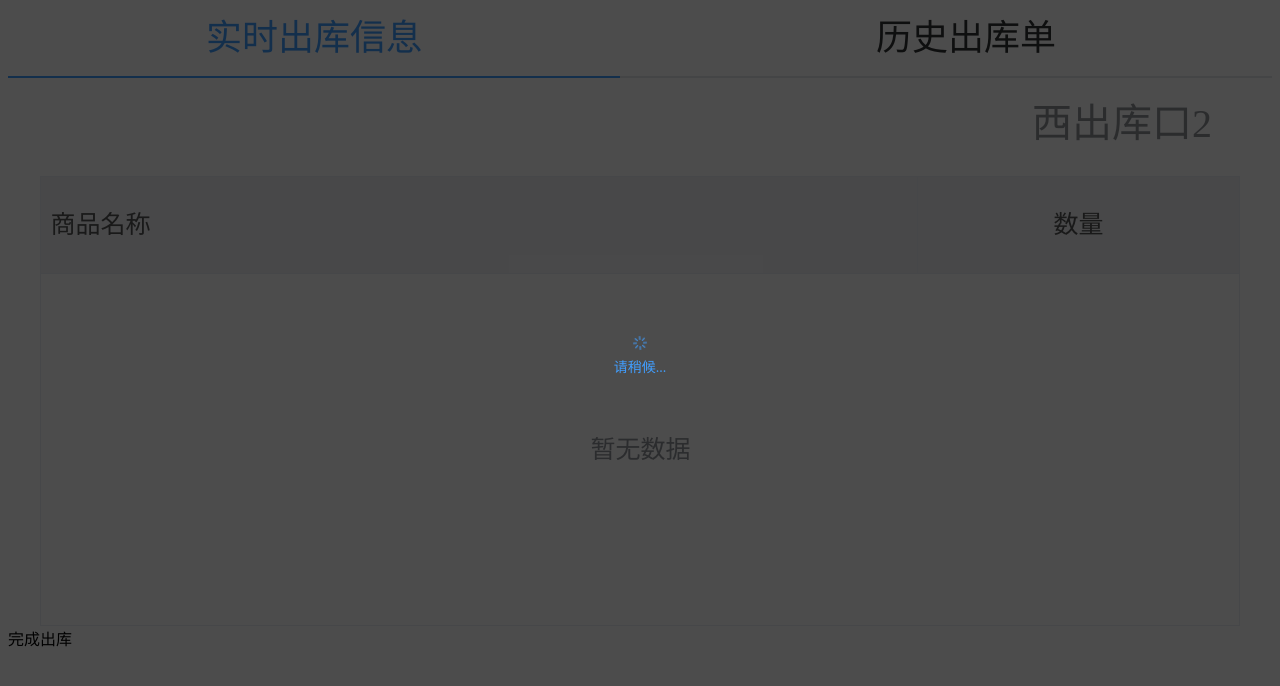
Repository: yaesass/yaesass
Page: /#/InStockDetail (app in scancode/)
These files come from the project's save history. The page is drawn as it stood at one moment and after the next save; the edit follows.
The browser window is 1280 px wide. The pictures show the whole page.
The page's requests for data from a server got no answer. The project was rebuilt for these pictures with package versions that can differ from the ones it lists, and the page was loaded fresh each time. No one was signed in, and anything a server would have sent is missing. Also part of the build but not shown: scancode/vue.config.js.

Above is the page before, as saved 2022-07-01 09:17:25.

### scancode/src/main.js
import Vue from 'vue'
import App from './App.vue'
import router from './router/index.js'

import ElementUI from 'element-ui';
import 'element-ui/lib/theme-chalk/index.css';

import axios from 'axios'
Vue.use(ElementUI);
Vue.config.productionTip = false
Vue.prototype.$axios = axios
new Vue({
  el: '#app',
  axios,
  router,
  render: h => h(App)
}).$mount('#app')

### scancode/src/App.vue
<template>
  <div id="app">
    <!-- Name {{ Name }} token {{ token }} Type {{ Type }} Remarks {{ Remarks }} -->
    <router-view></router-view>
  </div>
</template>
<script>
export default {
  name: "App",
  data() {
    return {
      // show: "",
      // activeName: "待生产订单",
      // list: [],
      // listLoading: true,
      // queryForm: {
      //   CurrentPage: 1,
      //   PageSize: 999999,
      // },
      // intervalId: null,
      // messageObj: "",
    };
  },
  created() {
    //获取winform数据
    let Name, token, Type, Remarks;
    // Name = this.getQueryString("Name");
    // token = "Bearer" + " " + this.getQueryString("token");
    // Type = this.getQueryString("DeliveryType");
    // Remarks = this.getQueryString("Remarks");
    token =
      "Bearer admin-accessToken-eyJ0eXAiOiJKV1QiLCJhbGciOiJIUzI1NiJ9.eyJpZCI6IkVBNDY5MDAwLUEwRTMtNDM2NS04OEU1LTYzNTk4MUQxNzM2NSIsIm5hbWUiOiLmiavnoIEifQ.ysDSnXIKlGLatjoH2wUIq0r65R8tv9DP_CH0vsOTbN0";
    Name = "out2";
    Type = "out";
    Remarks = "西出库口2";
    if (Type == "in") {
      this.$router.push({
        name: "InStock",
        params: { Name, token, Type, Remarks },
      });
    } else {
      this.$router.push({
        name: "OutStock",
        params: { Name, token, Type, Remarks },
      });
    }
  },
  beforeDestroy() {
    // this.isDestroyed = true;
    // this.ws.close("测试");
  },
  methods: {
    //接收winform数据
    getQueryString(name) {
      var reg = new RegExp("(^|&)" + name + "=([^&]*)(&|$)");
      var r = window.location.search.substr(1).match(reg);
      if (r != null) return decodeURI(r[2]);
      return null;
    },
  },
};
</script>

### scancode/src/router/index.js
import Vue from 'vue'
import VueRouter from 'vue-router'
// import HomeView from '../views/mainPage/mainPage.vue'

Vue.use(VueRouter)

const routes = [
  {
    path: '/',
    name: 'home',
  },
  {
    path: '/InStock',
    name: 'InStock',
    // route level code-splitting
    // this generates a separate chunk (about.[hash].js) for this route
    // which is lazy-loaded when the route is visited.
    component: () => import(/* webpackChunkName: "about" */ '../views/InStock.vue')
  }, {
    path: '/InStockDetail',
    name: 'InStockDetail',
    // route level code-splitting
    // this generates a separate chunk (about.[hash].js) for this route
    // which is lazy-loaded when the route is visited.
    component: () => import(/* webpackChunkName: "about" */ '../views/InStockDetail.vue')
  }, {
    path: '/OutStock',
    name: 'OutStock',
    // route level code-splitting
    // this generates a separate chunk (about.[hash].js) for this route
    // which is lazy-loaded when the route is visited.
    component: () => import(/* webpackChunkName: "about" */ '../views/OutStock.vue')
  }
]



const router = new VueRouter({
  routes
})

export default router

### scancode/src/views/InStockDetail.vue
<template>
  <div>
    <div class="orderName">{{ orderName }}</div>
    <el-table
      :data="list"
      border
      :header-cell-style="{
        background: '#F3F4F7',
        color: '#555',
        height: '97px',
      }"
      :cell-style="{ padding: '0px' }"
      :row-style="{ height: '97px' }"
      style="font-size: 50px; width: 910px; margin: 0 auto"
      ref="table"
      height="450"
    >
      <el-table-column label="商品名称" style="heihgt: 97px">
        <template slot-scope="scope">
          <span v-html="scope.row.name"></span>
        </template>
      </el-table-column>
      <el-table-column align="center" label="数量" width="323">
        <template slot-scope="scope">
          <div style="color: red">{{ scope.row.num }}</div>
        </template>
      </el-table-column>
    </el-table>
    <div
      style="display: flex; justify-content: space-between; margin: 50px 100px"
    >
      <div v-if="list == ''" class="inzeroa" @click="EditCloseOrderState()">
        <div class="btntxt">取消入库</div>
      </div>
      <div v-else class="inzeroa" @click="DelCodeOrder()">
        <div class="btntxt">回滚订单</div>
      </div>
      <div class="inzero" @click="finish()">
        <div class="btntxt">完成入库</div>
      </div>
    </div>
  </div>
</template>

<script>
export default {
  name: "InStock",
  data() {
    return {
      token: "",
      Name: "",
      Type: "",
      Remarks: "",
      orderName: "",
      list: [], //列表数据
      errMessage: "", //网络异常提示
      ws: "", //websocket
    };
  },
  created() {
    this.token = this.$route.params.token;
    this.Name = this.$route.params.Name;
    this.Type = this.$route.params.Type;
    this.Remarks = this.$route.params.Remarks;

    this.GetScanningOrder();

    // console.log("扫码页", this.$route.params);
  },
  mounted() {},

  destroyed() {
    // 页面销毁
  },
  methods: {
    //查询有没有正在扫码的订单
    GetScanningOrder(e) {
      let that = this;
      that.list = [];
      that.$axios
        .post(
          "https://www.moondeity.com:8308/api/Areas/OrderInfo/GetScanningOrder",
          {
            Type: that.Name,
          },
          {
            headers: {
              Authorization: that.token,
            },
          }
        )
        .then(function (response) {
          let reqdata = response.data.data;
          // console.log("查询入库订单状态", reqdata.dt);
          if (that.ws != "") {
            that.ws.onclose = function () {
              console.log("主动关闭websocket");
            };
            that.ws.close();
          }
          if (reqdata.dt != "") {
            if (reqdata.dt[0].RealQuantity > 0) {
              //显示已扫描数据
              let num = reqdata.dt[0].RealQuantity;
              let name = reqdata.dt[0].Remarks.split(">")[1].split("第")[0]; //截取remarks获得产品名
              that.list.push({
                id: reqdata.dt[0].ProductId,
                name,
                num,
              });
              console.log("表格list", that.list);
            }
            that.Id = reqdata.dt[0].Id;
            that.orderName = reqdata.dt[0].Remarks.replace("<br/>", "");
            that.start();
          } else {
            let { Name, token, Type, Remarks } = that;
            that.$router.push({
              name: "InStock",
              params: { Name, token, Type, Remarks },
            });
          }
        })
        .catch(function (error) {
          console.log("查询入库订单状态error", error);
          if (that.errMessage == "") {
            if (e == "err") {
              that.$loading().close();
            }
            that.$loading({
              lock: true,
              text: "网络异常，重新连接中",
              spinner: "el-icon-loading",
              background: "rgba(0, 0, 0, 0.7)",
            });
          }

          setTimeout(() => {
            that.GetScanningOrder("err");
          }, 3000);
        });
    },

    //开始websocket
    start() {
      this.$loading({
        lock: true,
        text: "正在与服务器连接...",
        spinner: "el-icon-loading",
        background: "rgba(0, 0, 0, 0.7)",
      });
      let webhttp = "ws://192.168.99.175:8383/" + this.Name;
      var that = this;
      if (window.WebSocket) {
        console.log("  that.ws ", that.ws);

        var wsImpl = window.WebSocket || window.MozWebSocket;
        that.ws = new wsImpl(webhttp);

        that.ws.onmessage = function (e) {
          console.log("Socket消息", e);
          if (e.data != "connect") {
            let temp = JSON.parse(e.data);
            console.log("websocket数据", temp);
            if (temp.code == 201) {
              const h = that.$createElement;
              let tempHtml = h(
                "p",
                {
                  style:
                    " width: 100%; display:flex;align-items: center;justify-content: space-between;",
                },
                [h("span", undefined, temp.msg)]
              );
              that.messageObj = that.$message({
                dangerouslyUseHTMLString: true,
                duration: 2000,
                type: "warning",
                message: tempHtml,
                customClass: "workShop_message",
              });
            }
            if (temp.code == 200) {
              let id = temp.data.Id,
                name = temp.data.Name;
              if (that.list.length == 0) {
                that.list.push({
                  id,
                  name,
                  num: 1,
                });
              } else {
                let key = false,
                  t;
                for (let i in that.list) {
                  if (id == that.list[i].id) {
                    key = true;
                    t = i;
                    that.list[i].num++;
                    break;
                  }
                }
                if (key) {
                  let temp = that.list[t];
                  that.list.splice(t, 1);
                  that.list.push(temp);
                } else {
                  that.list.push({
                    id,
                    name,
                    num: 1,
                  });
                }
              }
              // setTimeout(() => {
              //   that.$refs.table.bodyWrapper.scrollTop =
              //     that.$refs.table.bodyWrapper.scrollHeight;
              // }, 50);
            }
          }
        };
        that.ws.onopen = function () {
          // that.message("连接成功");
          that.$loading().close();

          if (that.errMessage != "") {
            that.errMessage.close();
            that.errMessage = "";
          }
        };
        that.ws.onclose = function (e) {
          console.log("close", e);

          that.reconnect();
        };
        that.ws.error = function () {
          console.log("error");

          that.reconnect();
        };
      }
    },

    reconnect() {
      console.log("reconnect连接断开");

      if (this.errMessage == "") {
        this.$loading().close();
        this.$loading({
          lock: true,
          text: "网络异常，重新连接中...",
          spinner: "el-icon-loading",
          background: "rgba(0, 0, 0, 0.7)",
        });
        const h = this.$createElement;
        let tempHtml = h(
          "p",
          {
            style:
              " width: 100%; display:flex;align-items: center;justify-content: space-between;",
          },
          [h("span", undefined, "网络异常，重新连接中")]
        );
        this.errMessage = this.$message({
          dangerouslyUseHTMLString: true,
          duration: 0,
          type: "error",
          message: tempHtml,
          customClass: "workShop_message",
        });
      }
      var that = this;
      setTimeout(function () {
        that.GetScanningOrder();
      }, 5000);
    },

    //入库订单没有扫码的情况下取消
    EditCloseOrderState() {
      let that = this;
      that
        .$confirm("此操作将取消入库, 是否继续?", "提示", {
          confirmButtonText: "确定",
          cancelButtonText: "取消",
          type: "warning",
        })
        .then(() => {
          that.$axios
            .post(
              "https://www.moondeity.com:8308/api/Areas/OrderInfo/EditCloseOrderState",
              {
                OrderId: that.Id,
              },
              {
                headers: {
                  Authorization: that.token,
                },
              }
            )
            .then(function (response) {
              console.log("入库订单没有扫码的情况下取消", response.data.msg);
              that.message(response.data.msg);
              that.GetScanningOrder();
            })
            .catch(function (error) {
              console.log(error);
            });
        })
        .catch(() => {});
    },

    //入库订单已经扫码的情况下回滚
    DelCodeOrder() {
      let that = this;
      that
        .$confirm("此操作将回滚订单且需重新扫描产品, 是否继续?", "提示", {
          confirmButtonText: "确定",
          cancelButtonText: "取消",
          type: "warning",
        })
        .then(() => {
          that.$axios
            .post(
              "https://www.moondeity.com:8308/api/Areas/OrderInfo/DelCodeOrder",
              {
                Id: that.Id,
              },
              {
                headers: {
                  Authorization: that.token,
                },
              }
            )
            .then(function (response) {
              console.log("入库订单已经扫码的情况下回滚", response.data.msg);
              that.GetScanningOrder();
            })
            .catch(function (error) {
              console.log("入库订单已经扫码的情况下回滚", error);
            });
        })
        .catch(() => {
          // that.message("已取消回滚");
        });
    },

    //完成入库按钮
    finish() {
      let that = this;

      this.$confirm("此操作将上传订单且无法修改, 是否继续?", "提示", {
        confirmButtonText: "确定",
        cancelButtonText: "取消",
        type: "warning",
      })
        .then(() => {
          this.$loading({
            lock: true,
            text: "请稍候...",
            spinner: "el-icon-loading",
            background: "rgba(0, 0, 0, 0.7)",
          });
          that.$axios
            .post(
              "https://www.moondeity.com:8308/api/Areas/OrderInfo/EditOrderState",
              {
                OrderId: that.Id,
                StockType: that.Name,
                StockState: 0,
              },
              {
                headers: {
                  Authorization: that.token,
                },
              }
            )
            .then(function (response) {
              //console.log('EditOrderStateresponse', response.data.msg)
              that.$loading().close();
              that.message(response.data.msg);
              that.GetScanningOrder();
            })
            .catch(function (error) {
              console.log(error);
            });
        })
        .catch(() => {});
    },

    //弹窗提示
    message(msg) {
      //console.log('message')
      if (msg == "success") {
        msg = "成功";
      }
      if (msg == "修改成功") {
        msg = "操作成功";
      }
      const h = this.$createElement;
      let tempHtml = h(
        "p",
        {
          style:
            " width: 100%; display:flex;align-items: center;justify-content: space-between;",
        },
        [h("span", undefined, msg)]
      );
      if (msg.indexOf("成功") != "-1") {
        this.$message({
          dangerouslyUseHTMLString: true,
          duration: 2000,
          type: "success",
          message: tempHtml,
          customClass: "workShop_message",
        });
        return true;
      } else {
        this.$message({
          dangerouslyUseHTMLString: true,
          duration: 2000,
          type: "error",
          message: tempHtml,
          customClass: "workShop_message",
        });
        return false;
      }
    },
  },
};
</script>

<style>
.orderName {
  width: 95%;
  margin: 30px auto;
  font-size: 36px;
  text-align: center;
  overflow: hidden;
  text-overflow: ellipsis;
  white-space: nowrap;
}
.el-table .cell {
  line-height: 50px;
  font-weight: 300;
}
.el-message-box {
  width: 75%;
}
.el-message-box__header,
.el-message-box__status {
  display: none;
}

.el-message-box__message {
  padding: 0 12px !important;
}

.el-message-box__message p {
  padding: 20px 0;
  font-size: 36px;
  line-height: 50px;
}

.el-message-box__btns button {
  margin-left: 40px !important;
  padding: 10px 30px;
  font-size: 36px;
  line-height: 50px;
}

.inzeroa {
  display: flex;
  width: 264px;
  height: 81px;
  border-radius: 15px;
  background: #d8d8d8;
}

.inzeroa .btntxt {
  margin: auto;
  font-size: 50px;
  font-weight: 300;
  color: #aaaaaa;
}

.inzero {
  display: flex;
  width: 264px;
  height: 81px;
  border-radius: 15px;
  background: #409eff;
}

.inzero .btntxt {
  margin: auto;
  font-size: 50px;
  font-weight: 300;
  color: #ffffff;
}
</style>

### scancode/src/views/OutStock.vue
<template>
  <el-tabs v-model="activeName" @tab-click="handleClick">
    <el-tab-pane label="实时出库信息" class="counttable" name="实时出库信息">
      <div class="count">
        <div class="counttxt">{{ Remarks }}</div>
      </div>
      <el-table
        :data="tableData"
        border
        :header-cell-style="{
          background: '#F3F4F7',
          color: '#555',
          height: '97px',
        }"
        :cell-style="{ padding: '0px' }"
        :row-style="{ height: '97px' }"
        style="width: 95%; margin: 40px auto 0 auto; font-size: 25px"
        ref="table"
        height="450"
      >
        <el-table-column label="商品名称" style="heihgt: 97px">
          <template slot-scope="scope">
            <span v-html="scope.row.name"></span>
          </template>
        </el-table-column>
        <el-table-column align="center" label="数量" width="323">
          <template slot-scope="scope">
            <div style="color: red">{{ scope.row.num }}</div>
          </template>
        </el-table-column>
      </el-table>
      <div class="zero" @click="zero()">
        <div class="btntxt">完成出库</div>
      </div>
    </el-tab-pane>
    <el-tab-pane label="历史出库单" class="counttable" name="历史出库单">
      <el-table
        :data="tableData"
        border
        :header-cell-style="{
          background: '#F2F6FC',
          height: '48px',
          color: '#909399',
          fontSize: '40px',
        }"
        style="width: 910px; margin: 40px auto; font-size: 25px"
        :cell-style="totalcellcolor"
        height="450"
        :row-style="{ height: '48px' }"
      >
        <el-table-column align="center" prop="product" label="产品名称">
        </el-table-column>
        <el-table-column align="center" prop="time" label="时间">
        </el-table-column>
        <el-table-column align="center" prop="num" label="出库数量">
        </el-table-column>
        <el-table-column align="center" prop="state" label="出库类型">
        </el-table-column>
      </el-table>
    </el-tab-pane>
  </el-tabs>
</template>

<script>
export default {
  name: "InStock",
  data() {
    return {
      token: "",
      Name: "",
      Type: "",
      Remarks: "",
      activeName: "实时出库信息",
      tableData: [], //列表数据
    };
  },
  created() {
    this.token = this.$route.params.token;
    this.Name = this.$route.params.Name;
    this.Type = this.$route.params.Type;
    this.Remarks = this.$route.params.Remarks;

    // console.log("this.$route.params", this.$route.params);
  },
  mounted() {
    this.GetOrderOut();
  },

  destroyed() {
    // 在页面销毁
  },
  methods: {
    //选项卡
    handleClick(e) {
      console.log("点击tab", e.name);
      if (e.name == "实时出库信息") {
        this.GetOrderOut();
      }
      // else {

      // }
    },

    //查询已激活出库单
    GetOrderOut() {
      let that = this;
      this.$loading({
        lock: true,
        text: "请稍候...",
        spinner: "el-icon-loading",
        background: "rgba(0, 0, 0, 0.7)",
      });
      that.$axios
        .post(
          "https://www.moondeity.com:8308/api/Areas/OrderInfo/GetOrderOut",
          {
            Name: that.Name,
          },
          {
            headers: {
              Authorization: that.token,
            },
          }
        )
        .then(function (res) {
          that.$loading().close();
          let reqData = res.data;
          console.log("查询已激活出库单", reqData);
          if (reqData.code == "200") {
            if (reqData.msg == "无激活订单") {
              that.setData({
                outState: "开始出库",
              });
              that.data.outOrderId = "";
            } else {
              that.setData({
                outState: "出库中",
              });
              that.data.outOrderId = reqData.data.model.Id;
              that.GetOrderOutListDetail();
            }
          } else {
            that.message(reqData.msg);
          }
        })
        .catch(function (error) {
          console.log(error);
        });
    },

    //查询出库单明细
    GetOrderOutListDetail() {
      let that = this,
        OrderId = that.data.outOrderId;
      this.$loading({
        lock: true,
        text: "请稍候...",
        spinner: "el-icon-loading",
        background: "rgba(0, 0, 0, 0.7)",
      });

      that.$axios
        .post(
          "https://www.moondeity.com:8308/api/Areas/OrderInfo/GetOrderOutListDetail",
          {
            OrderId,
          },
          {
            headers: {
              Authorization: that.token,
            },
          }
        )
        .then(function (res) {
          that.$loading().close();
          let reqData = res.data;
          console.log("查询出库单明细", reqData);

          if (reqData.code == "200") {
            let dt = reqData.data.dts;
            if (dt == "") {
              that.setData({
                list: [],
              });
              // console.log("无返回", that.data.list);
            } else {
              that.setData({
                list: dt,
              });
            }
          } else {
            that.message(reqData.msg);
          }
        })
        .catch(function (error) {
          console.log(error);
        });
    },
    //弹窗提示
    message(msg) {
      //console.log('message')
      if (msg == "success") {
        msg = "成功";
      }
      const h = this.$createElement;
      let tempHtml = h(
        "p",
        {
          style:
            " width: 100%; display:flex;align-items: center;justify-content: space-between;",
        },
        [h("span", undefined, msg)]
      );
      if (msg.indexOf("成功") != "-1") {
        this.$message({
          dangerouslyUseHTMLString: true,
          duration: 2000,
          type: "success",
          message: tempHtml,
          customClass: "workShop_message",
        });
        return true;
      }
      if (msg == "网络连接失败") {
        this.$message({
          dangerouslyUseHTMLString: true,
          duration: 2000,
          type: "error",
          message: tempHtml,
          customClass: "workShop_message",
        });
        return false;
      } else {
        this.$message({
          dangerouslyUseHTMLString: true,
          duration: 2000,
          type: "error",
          message: tempHtml,
          customClass: "workShop_message",
        });
        return false;
      }
    },
    totalcellcolor({ row, column, rowIndex, columnIndex }) {
      row, column, rowIndex;
      if (columnIndex == 1) {
        return "color:red";
      }
    },
  },
};
</script>

<style>
.count {
  display: flex;
  justify-content: right;
  margin: 20px 60px 20px 0;
}

.count .counttxt {
  font-size: 40px;
  font-weight: normal;
  line-height: 24px;
  letter-spacing: 0px;
  color: #909399;
}

.el-table {
  width: 100%;
  display: flex;
  flex-direction: column;
}

.el-table__body-wrapper {
  flex: 1;
}

.el-tabs__nav {
  width: 100%;
}
.el-tabs__item {
  margin-top: 10px;
  width: 50%;
  height: 60px;
  text-align: center;
  font-size: 36px;
  font-weight: 300;
  letter-spacing: 0em;
}

.count {
  display: flex;
  justify-content: right;
  margin: 20px 60px 20px 0;
}

.count .counttxt {
  font-size: 40px;
  font-weight: normal;
  line-height: 24px;
  letter-spacing: 0px;
  color: #909399;
}

.counttable .el-table .cell {
  line-height: 50px;
  font-weight: 300;
}

.workShop_message {
  width: 40%;
  font-size: 30px;
  color: #ff7d38;
}

.workShop_message .btn {
  padding: 5px 10px;
  cursor: pointer;
  background: #ffb89143;
  border: 2px solid #ffb89143;
  border-radius: 10px;
}
</style>

Loaded but not shown: scancode/public/index.html (common file)

After the next save:
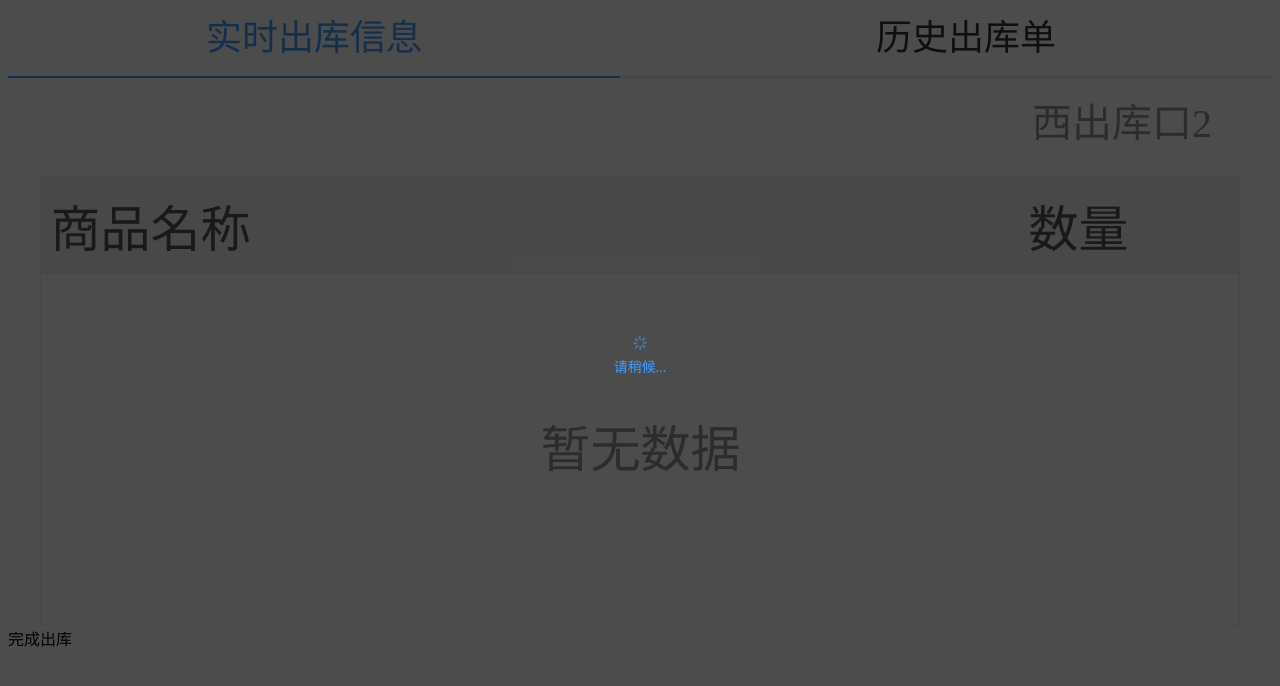
Saved 15 s later.
--- a/scancode/src/views/OutStock.vue
+++ b/scancode/src/views/OutStock.vue
@@ -14,7 +14,7 @@
         }"
         :cell-style="{ padding: '0px' }"
         :row-style="{ height: '97px' }"
-        style="width: 95%; margin: 40px auto 0 auto; font-size: 25px"
+        style="width: 95%; margin: 40px auto 0 auto; font-size: 50px"
         ref="table"
         height="450"
       >
